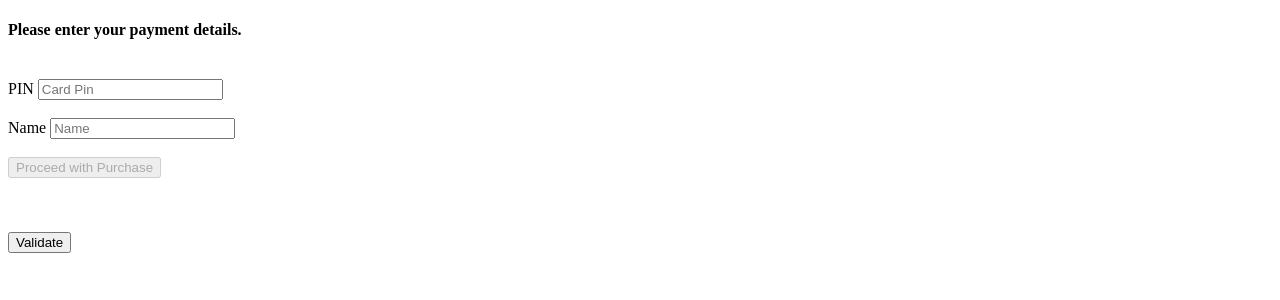
Repository: MylesTobin/is1113117401966
Page: http://localhost/EBusiness/Ebus2.php
The author's editor kept a record of every edit. The page is drawn from the files as they stood at one moment, then again after the next edit.
The browser window is 1280 px wide. The pictures show the whole page.
Some web libraries are served in a nearby version. The page is run by PHP 8.4 with error messages shown; the project is at /var/www/html/.

Above is the page before.

After the next edit:
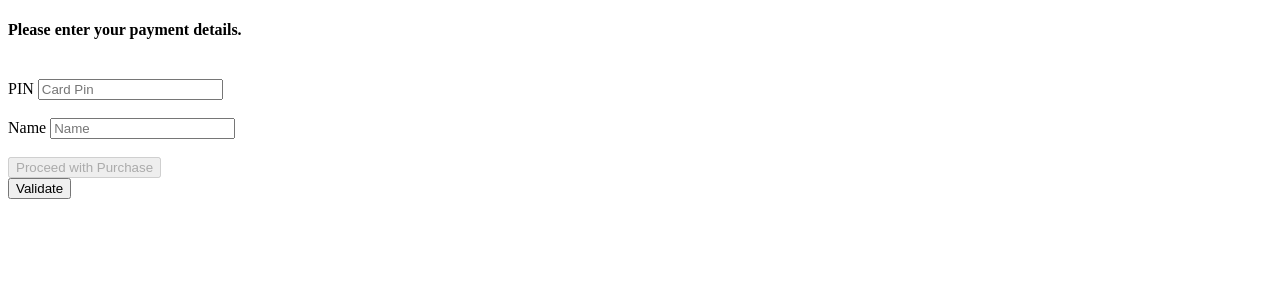
The edit:
--- a/EBusiness/Ebus2.php
+++ b/EBusiness/Ebus2.php
@@ -43,7 +43,6 @@
             </form>
 
 
-            <br><br><br>
 
             <button onClick="validateDetails()"> Validate </button>
 
